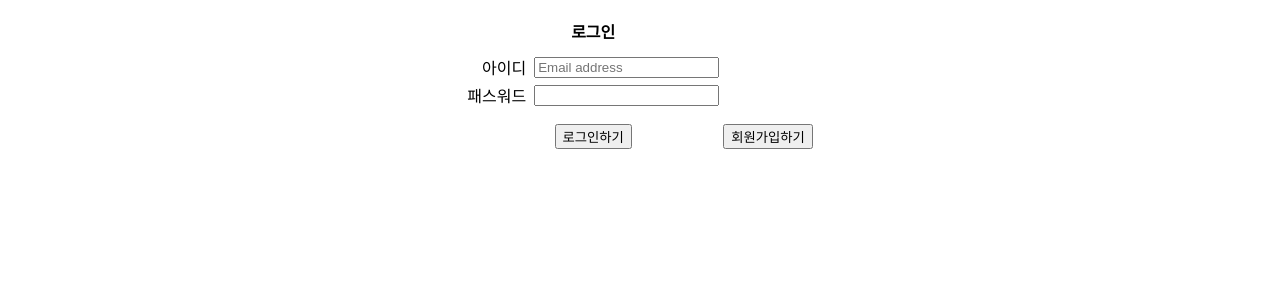
Repository: Dnut0121/2023_JSP
Page: http://localhost/Hello2/loginForm.jsp
These files come from the project's save history. The page is drawn as it stood at one moment and after the next save; the edit follows.
The browser window is 1280 px wide. The pictures show the whole page.
The page is served by Tomcat 9. Other server files are loaded and not shown.

Above is the page before, as saved 2023-11-29 03:08:54.

### 201907036_KDH/Hello2/src/main/webapp/loginForm.jsp
<%@ page language="java" contentType="text/html; charset=UTF-8"
    pageEncoding="UTF-8"%>
<!DOCTYPE html>
<html>
<head>
	<meta charset="UTF-8">
</head>
<body>
	<form action="login.jsp">
	<table align=center>
	<tr><td colspan=2 align=center height=40><b>로그인</b><td></tr>
	<tr>
		<td align=right>아이디&nbsp;</td>
		<td><input type="text" name="id" placeholder="Email address" required></td>
	</tr>
	<tr>
		<td align=right>패스워드&nbsp;</td>
		<td><input type="password" name="ps" required></td>
	</tr>
	<tr>
		<td colspan=2 align=center height=50>
			<input type="submit" value="로그인하기">
		</td>
		<td colspan=2 align=center height=10>
		<a href='signup.jsp'><button>회원가입하기</button></a>
		</td>
	</tr>
	</table>
	</form>
</body>
</html>

After the next save:
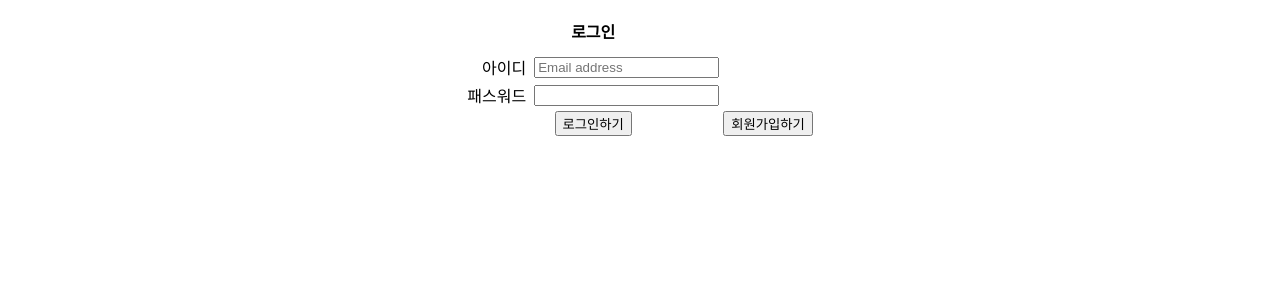
Saved 16 s later.
--- a/201907036_KDH/Hello2/src/main/webapp/loginForm.jsp
+++ b/201907036_KDH/Hello2/src/main/webapp/loginForm.jsp
@@ -18,7 +18,7 @@
 		<td><input type="password" name="ps" required></td>
 	</tr>
 	<tr>
-		<td colspan=2 align=center height=50>
+		<td colspan=2 align=center height=10>
 			<input type="submit" value="로그인하기">
 		</td>
 		<td colspan=2 align=center height=10>
